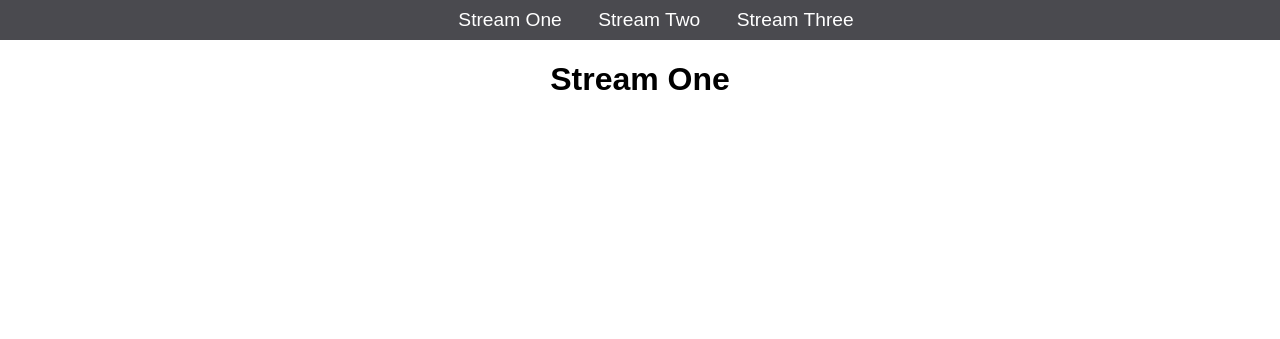
Repository: AllardL/My-first-website
Page: stream-one.html
The author's editor kept a record of every edit. The page is drawn from the files as they stood at one moment, then again after the next edit.
The browser window is 1280 px wide. The pictures show the whole page.

Above is the page before.

### stream-one.html
<!DOCTYPE html>
<html>
	<head>
		<title>Hello World</title>
		<link rel="stylesheet" href="css/style.css" type="text/css" />
	</head>

	<body>
		<nav>
		    <ul>
		        <li><a href="stream-one.html">Stream One</a></li>
		        <li><a href="stream-two.html">Stream Two</a></li>
		        <li><a href="stream-three.html">Stream Three</a></li>
		    </ul>
		</nav>
		<h1>Stream One</h1>
	</body>
</html>

### css/style.css
body {
  margin: 0;
  padding: 0;
  font-family: 'Oswald', sans-serif;
}

nav ul {
  list-style: none;
  background-color: #4a4a4f;
  text-align: center;
  padding: 0;
  margin: 0;
}

nav li {
  font-size: 1.2em;
  line-height: 40px;
  height: 40px;
  display: inline-block;
  margin-left: 2.5%;
}

nav a {
  text-decoration: none;
  color: #fff;
  display: block;
}

nav a:hover {
  background-color: #fff;
  color: #4a4a4f;
}

.card {
  float: left;
  width: 20%;
  margin-left: 10%;
}

.card a {
  text-align: center;
  float: left;
  width: 30%;
  margin-left: 15%;
  max-width: 260px;
  min-width: 150px;
}

h1 {
  text-align: center;
}

div img {
  width: 100%;
  height: 180px;
}

After the next edit:
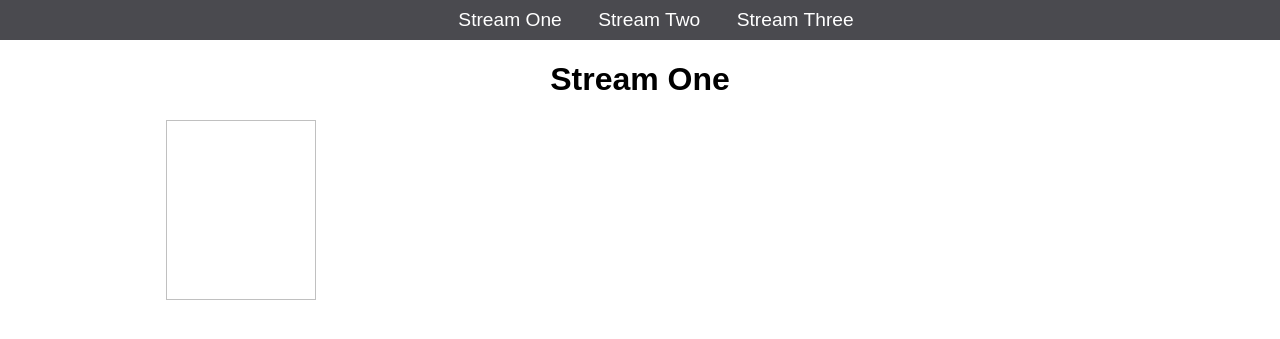
The edit:
--- a/stream-one.html
+++ b/stream-one.html
@@ -14,5 +14,11 @@
 		    </ul>
 		</nav>
 		<h1>Stream One</h1>
+		<div class="card">
+			<a href="">
+				<img />
+				<h2></h2>
+			</a>
+		</div>
 	</body>
 </html>
